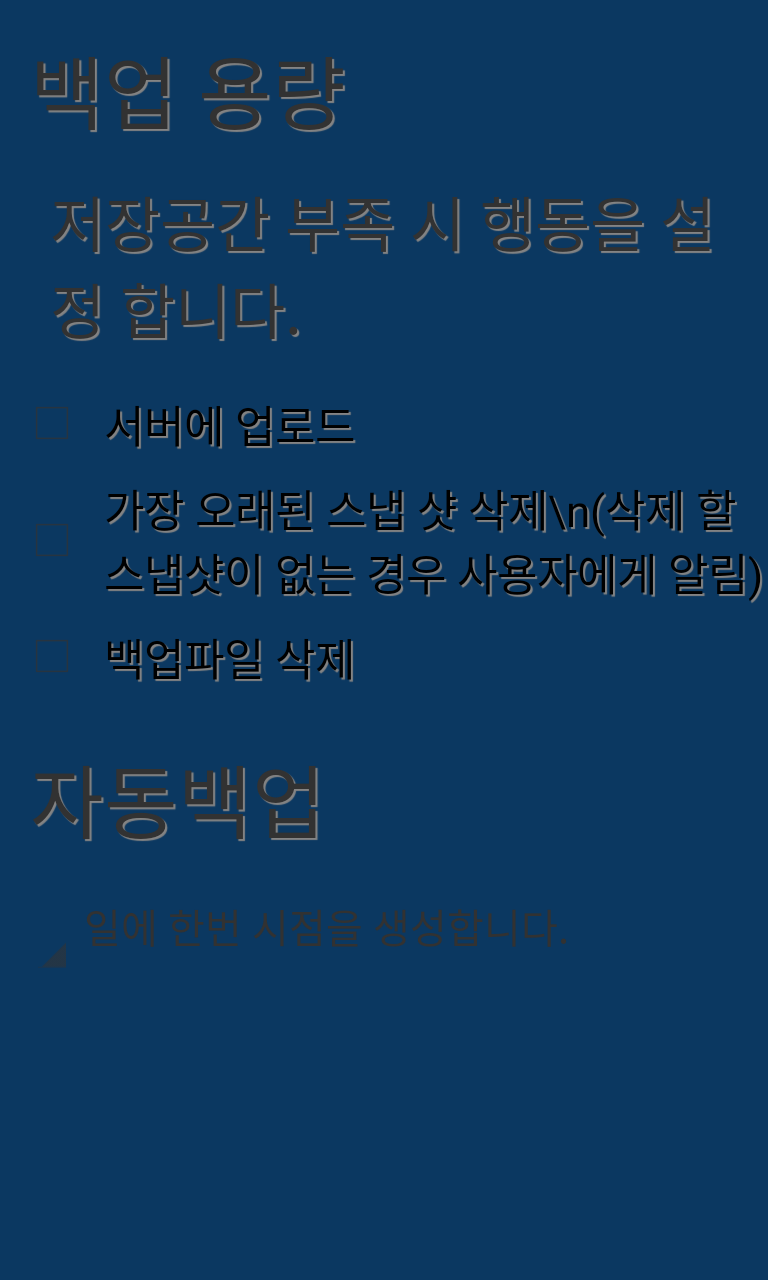
Repository: zzttt/LVM_BackupSol
Layout: TimeTraveler/res/layout/inflate_three.xml
The author's editor kept a copy of each file at every save. The layout is drawn from the files as they stood at one save, then again after a run of saves.
It is drawn on a 768 x 1280 px phone screen (xhdpi) without system bars, with theme AppTheme; the app's code is not run.

Above is the layout before, as saved 2014-07-02 15:23:14.

### TimeTraveler/res/layout/inflate_three.xml
<?xml version="1.0" encoding="utf-8"?>
<RelativeLayout xmlns:android="http://schemas.android.com/apk/res/android"
    android:layout_width="fill_parent"
    android:layout_height="fill_parent"
    android:orientation="vertical" >

    <ScrollView
        android:id="@+id/elv_list3"
        android:layout_width="fill_parent"
        android:layout_height="fill_parent"
        android:background="#F4FA58"
        android:fillViewport="true" >

        <LinearLayout
            android:id="@+id/ll_three"
            android:layout_width="fill_parent"
            android:layout_height="fill_parent"
            android:background="#0B3861"
            android:orientation="vertical" >

            <TextView
                android:layout_width="match_parent"
                android:layout_height="wrap_content"
                android:layout_marginLeft="15dp"
                android:layout_marginTop="15dp"
                android:shadowColor="#848484"
                android:shadowDx="2"
                android:shadowDy="2"
                android:shadowRadius="0.01"
                android:text="백업 용량"
                android:textSize="40sp" />

            <TextView
                android:layout_width="match_parent"
                android:layout_height="wrap_content"
                android:layout_marginBottom="20dp"
                android:layout_marginLeft="25dp"
                android:layout_marginTop="15dp"
                android:shadowColor="#848484"
                android:shadowDx="2"
                android:shadowDy="2"
                android:shadowRadius="0.01"
                android:text="저장공간 부족 시 행동을 설정 합니다."
                android:textSize="30sp" />

            <CheckBox
                android:id="@+id/checkbox_upToSrv"
                android:layout_width="match_parent"
                android:layout_height="wrap_content"
                android:layout_marginBottom="10dp"
                android:layout_marginLeft="10dp"
                android:paddingLeft="10dp"
                android:shadowColor="#848484"
                android:shadowDx="2"
                android:shadowDy="2"
                android:shadowRadius="0.01"
                android:text="서버에 업로드"
                android:textSize="22sp" />

            <CheckBox
                android:id="@+id/checkbox_delSnapshot"
                android:layout_width="match_parent"
                android:layout_height="wrap_content"
                android:layout_marginBottom="10dp"
                android:layout_marginLeft="10dp"
                android:paddingLeft="10dp"
                android:shadowColor="#848484"
                android:shadowDx="2"
                android:shadowDy="2"
                android:shadowRadius="0.01"
                android:text="가장 오래된 스냅 샷 삭제\n(삭제 할 스냅샷이 없는 경우 사용자에게 알림)"
                android:textSize="22sp" />

            <CheckBox
                android:id="@+id/checkbox_delBackup"
                android:layout_width="match_parent"
                android:layout_height="wrap_content"
                android:layout_marginBottom="10dp"
                android:layout_marginLeft="10dp"
                android:paddingLeft="10dp"
                android:shadowColor="#848484"
                android:shadowDx="2"
                android:shadowDy="2"
                android:shadowRadius="0.01"
                android:text="백업파일 삭제"
                android:textSize="22sp" />

            <TextView
                android:layout_width="match_parent"
                android:layout_height="wrap_content"
                android:layout_marginLeft="15dp"
                android:layout_marginTop="15dp"
                android:shadowColor="#848484"
                android:shadowDx="2"
                android:shadowDy="2"
                android:shadowRadius="0.01"
                android:text="자동백업"
                android:textSize="40sp" />

            <RelativeLayout
                android:layout_width="fill_parent"
                android:layout_height="wrap_content"
                android:gravity="center"
                >

                <Spinner
                    android:id="@+id/dateSpinner"
                    android:layout_width="wrap_content"
                    android:layout_height="50dip"
                    android:layout_marginLeft="15dp"
                    android:layout_marginTop="20dp"
                    android:drawSelectorOnTop="true"
                    android:layout_centerVertical="true"
                    android:gravity="center_vertical"
                     />
                <TextView
                    android:layout_width="match_parent"
                    android:layout_height="50dip"
                    android:text=" 일에 한번 시점을 생성합니다."
                    android:layout_toRightOf="@id/dateSpinner"
                    android:layout_centerVertical="true"
                    android:gravity="center_vertical"
                    android:textSize="20sp" />
            </RelativeLayout>
        </LinearLayout>
    </ScrollView>

</RelativeLayout>

Loaded but not shown: TimeTraveler/res/values/styles.xml (common file); TimeTraveler/res/values-v11/styles.xml (common file); TimeTraveler/res/values-v14/styles.xml (common file)

After the next 2 saves:
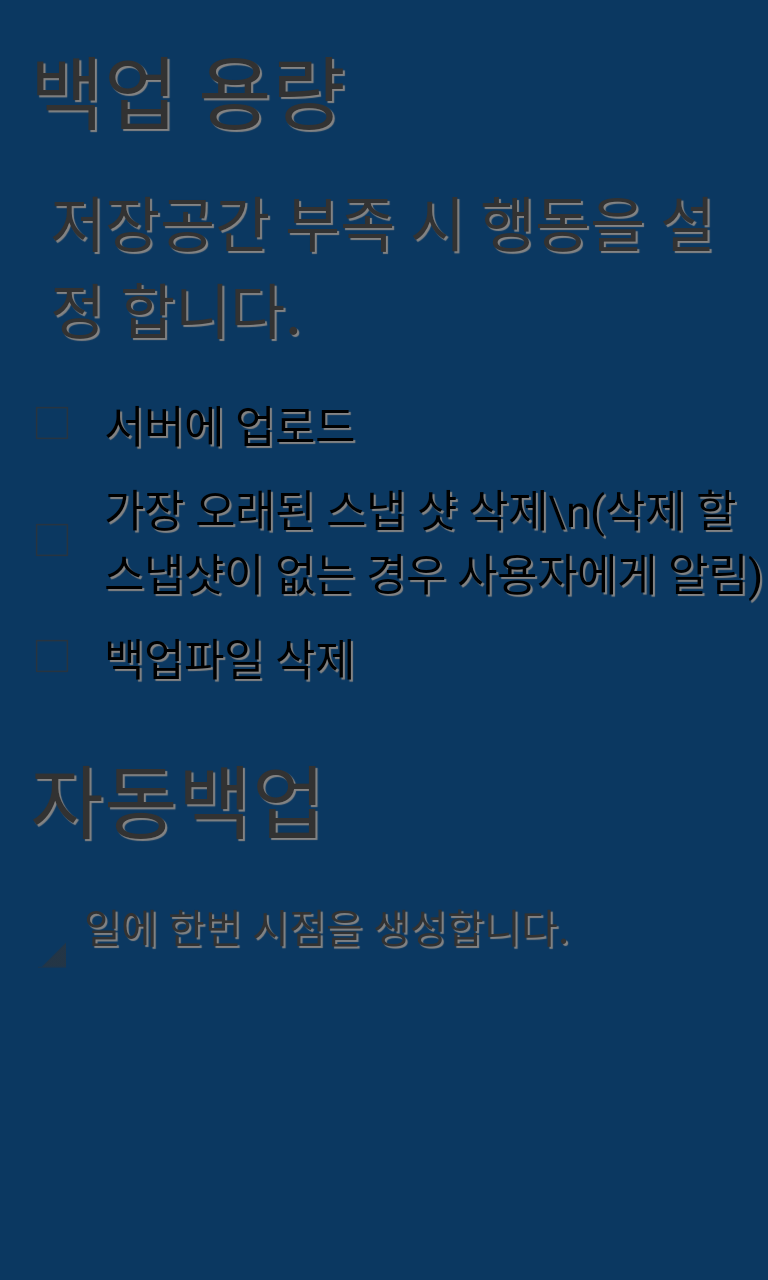
The 2 saves are shown as one change because they came seconds apart.
The last was saved 24 s later.
--- a/TimeTraveler/res/layout/inflate_three.xml
+++ b/TimeTraveler/res/layout/inflate_three.xml
@@ -100,26 +100,29 @@
             <RelativeLayout
                 android:layout_width="fill_parent"
                 android:layout_height="wrap_content"
-                android:gravity="center"
-                >
+                android:gravity="center" >
 
                 <Spinner
                     android:id="@+id/dateSpinner"
                     android:layout_width="wrap_content"
                     android:layout_height="50dip"
+                    android:layout_centerVertical="true"
                     android:layout_marginLeft="15dp"
                     android:layout_marginTop="20dp"
                     android:drawSelectorOnTop="true"
-                    android:layout_centerVertical="true"
-                    android:gravity="center_vertical"
-                     />
+                    android:gravity="center_vertical" />
+
                 <TextView
                     android:layout_width="match_parent"
                     android:layout_height="50dip"
+                    android:layout_centerVertical="true"
+                    android:layout_toRightOf="@id/dateSpinner"
+                    android:gravity="center_vertical"
+                    android:shadowColor="#848484"
+                    android:shadowDx="2"
+                    android:shadowDy="2"
+                    android:shadowRadius="0.01"
                     android:text=" 일에 한번 시점을 생성합니다."
-                    android:layout_toRightOf="@id/dateSpinner"
-                    android:layout_centerVertical="true"
-                    android:gravity="center_vertical"
                     android:textSize="20sp" />
             </RelativeLayout>
         </LinearLayout>
